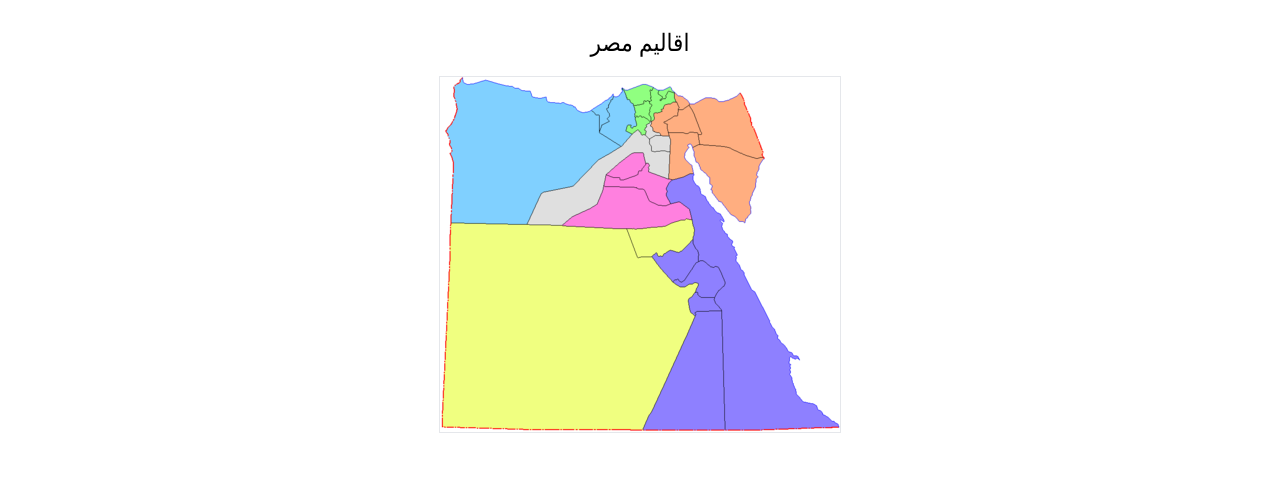
Repository: ahmed-mohamed-eng/egypt-gov-map
Page: /
The author's editor kept a copy of each file at every save. The page is drawn from the files as they stood at one save, then again after the next save.
The browser window is 1280 px wide. The pictures show the whole page.
Some web fonts or font styles are not loaded; a fallback is used. The project was rebuilt for these pictures with package versions that can differ from the ones it lists, and the page was loaded fresh each time. The framework's server and built-in components were replaced by stand-ins that run in the browser. Also part of the build but not shown: next.config.js.

Above is the page before, as saved 2022-05-28 02:21:27.

### pages/_document.tsx
import Document, {
  Html,
  Head,
  Main,
  NextScript,
  DocumentContext,
} from "next/document";

class MyDocument extends Document {
  static async getInitialProps(ctx: DocumentContext) {
    const initialProps = await Document.getInitialProps(ctx);
    return { ...initialProps };
  }

  render() {
    return (
      <Html dir="rtl" lang="ar">
        <Head />
        <body>
          <Main />
          <NextScript />
        </body>
      </Html>
    );
  }
}

export default MyDocument;

### pages/index.tsx
import type { NextPage } from "next";

// Custom Components
import Header from "../components/Header";
import PageContainer from "../components/PageContainer";
import MainContentArea from "../components/MainContentArea";

const Home: NextPage = () => {
  return (
    <PageContainer>
      <Header headerTitle="اقاليم مصر" />
      <MainContentArea />
    </PageContainer>
  );
};

export default Home;

### styles/globals.css
@import url('https://fonts.googleapis.com/css2?family=Aref+Ruqaa:wght@400;700&display=swap');

@tailwind base;
@tailwind components;
@tailwind utilities;

html,
body {
  padding: 0;
  margin: 0;
  font-family: -apple-system, BlinkMacSystemFont, Segoe UI, Roboto, Oxygen,
    Ubuntu, Cantarell, Fira Sans, Droid Sans, Helvetica Neue, sans-serif;
}

a {
  color: inherit;
  text-decoration: none;
}

* {
  box-sizing: border-box;
  font-family: "Aref Ruqaa" ,'Segoe UI', Tahoma, Geneva, Verdana, sans-serif;
}

### components/Header/index.tsx
export { Header as default } from "./Header";

### components/PageContainer/index.tsx
export { PageContainer as default } from "./PageContainer";

### components/MainContentArea/index.tsx
export { MainContentArea as default } from "./MainContentArea";

### components/Header/Header.tsx
import { Flex, Heading } from "@chakra-ui/react";

export interface HeaderProps {
  headerTitle: string;
}

export const Header = (props: HeaderProps) => {
  return (
    <Flex
      as="header"
      justifyContent="center"
      alignItems="center"
      fontSize="1.5rem"
    >
      <Heading as="h1">{props.headerTitle}</Heading>
    </Flex>
  );
};

### components/PageContainer/PageContainer.tsx
import { VStack } from "@chakra-ui/react"

export const PageContainer = (props: any) => {
  return (
    <VStack py="1.5rem" px="1rem" spacing="1rem">
        {props.children}
    </VStack>
  )
}

### components/MainContentArea/MainContentArea.tsx
import { VStack } from "@chakra-ui/react";

// Custom Components.
import MapArea from "./MapArea";

export const MainContentArea = () => {
  return (
    <VStack as="main" w="full" spacing="1rem">
      <MapArea />
    </VStack>
  );
};

### components/MainContentArea/MapArea/index.tsx
export { MapArea as default } from "./MapArea";

### components/MainContentArea/MapArea/MapArea.tsx
import { VStack } from "@chakra-ui/react";

// Custom Components.
import MapImage from "./MapImage";

export const MapArea = () => {
  return (
    <VStack w="full" spacing="0.5rem">
      <MapImage />
    </VStack>
  );
};

### components/MainContentArea/MapArea/MapImage/index.tsx
export { MapImage as default } from "./MapImage";

### components/MainContentArea/MapArea/MapImage/MapImage.tsx
import React from "react";

import { Flex, Image } from "@chakra-ui/react";

// Images Sources.
import mapImage from "../../../../images/Egypt_Provinces.webp";

export const MapImage = () => {
  return (
    <Flex borderWidth="thin" borderColor="red.500">
      <Image src={mapImage.src} alt="Egypt Province Map" />
    </Flex>
  );
};

Loaded but not shown: pages/_app.tsx (common file); tailwind.config.js (common file)

After the next save:
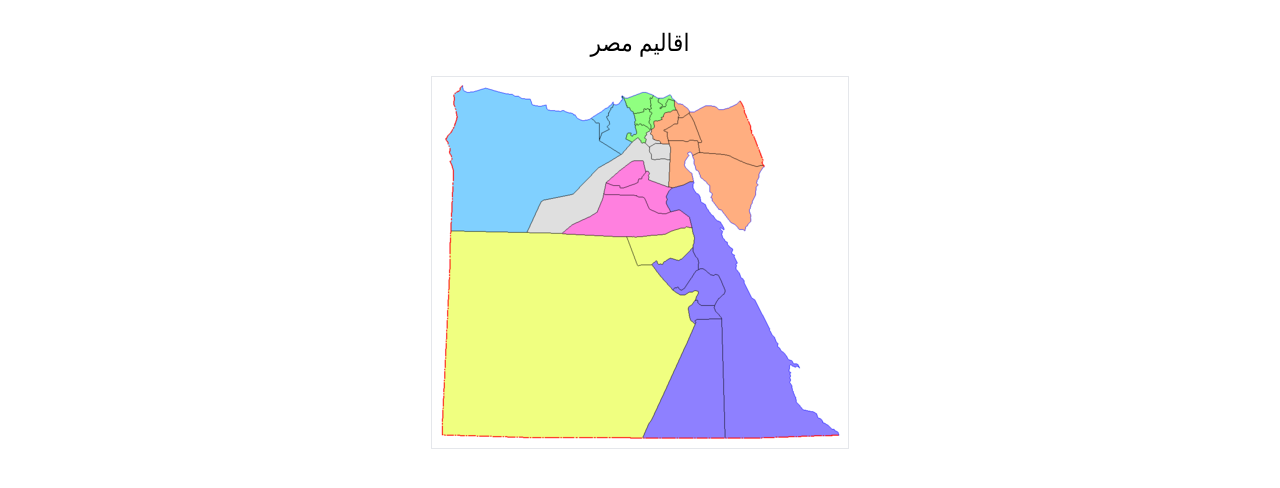
Saved 17 s later.
--- a/components/MainContentArea/MapArea/MapImage/MapImage.tsx
+++ b/components/MainContentArea/MapArea/MapImage/MapImage.tsx
@@ -7,7 +7,7 @@ import mapImage from "../../../../images/Egypt_Provinces.webp";
 
 export const MapImage = () => {
   return (
-    <Flex borderWidth="thin" borderColor="red.500">
+    <Flex borderWidth="thin" borderColor="red.500" p="0.5rem">
       <Image src={mapImage.src} alt="Egypt Province Map" />
     </Flex>
   );
